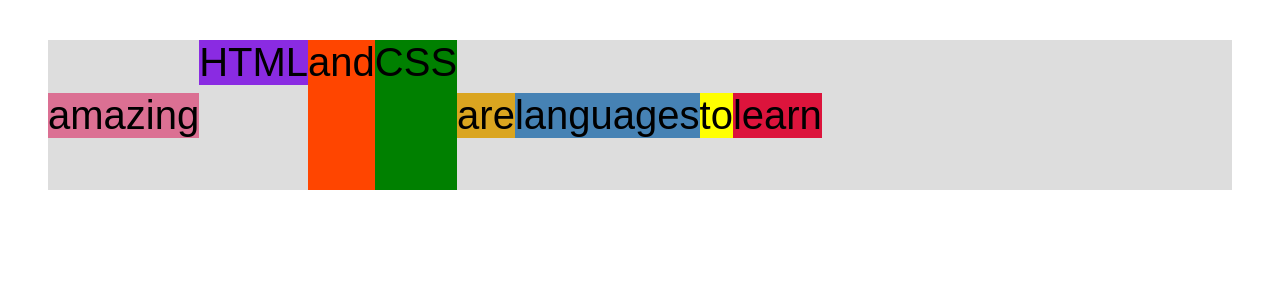
Repository: nghiakma/HTML-CSS-Fundamental
Page: HTML/flexbox.html
The author's editor kept a copy of each file at every save. The page is drawn from the files as they stood at one save, then again after the next save.
The browser window is 1280 px wide. The pictures show the whole page.

Above is the page before, as saved 2023-08-23 12:39:22.

### HTML/flexbox.html
<!DOCTYPE html>
<html lang="en">

<head>
  <meta charset="UTF-8" />
  <meta http-equiv="X-UA-Compatible" content="IE=edge" />
  <meta name="viewport" content="width=device-width, initial-scale=1.0" />
  <title>Flexbox</title>
  <style>
    .el--1 {
      background-color: blueviolet;
      align-self: flex-start;
    }

    .el--2 {
      background-color: orangered;
      align-self: stretch;
    }

    .el--3 {
      background-color: green;
      height: 150px;
    }

    .el--4 {
      background-color: goldenrod;
    }

    .el--5 {
      background-color: palevioletred;
      order: -1;
    }

    .el--6 {
      background-color: steelblue;
    }

    .el--7 {
      background-color: yellow;
    }

    .el--8 {
      background-color: crimson;
    }

    /*Vung chua flex lay chieu cao cua phan tu cao nhat*/
    .container {
      /* STARTER */
      font-family: sans-serif;
      background-color: #ddd;
      font-size: 40px;
      margin: 40px;
      display: flex;
      /* FLEXBOX */
      /*Chieu cao cua cac phan tu tu dong keo dai bang phan tu cao nhat*/
      /* align-items: stretch; */
      align-items: center;
      justify-content: flex-start;
    }
  </style>
</head>

<body>
  <div class="container">
    <div class="el el--1">HTML</div>
    <div class="el el--2">and</div>
    <div class="el el--3">CSS</div>
    <div class="el el--4">are</div>
    <div class="el el--5">amazing</div>
    <div class="el el--6">languages</div>
    <div class="el el--7">to</div>
    <div class="el el--8">learn</div>
  </div>
</body>

</html>

After the next save:
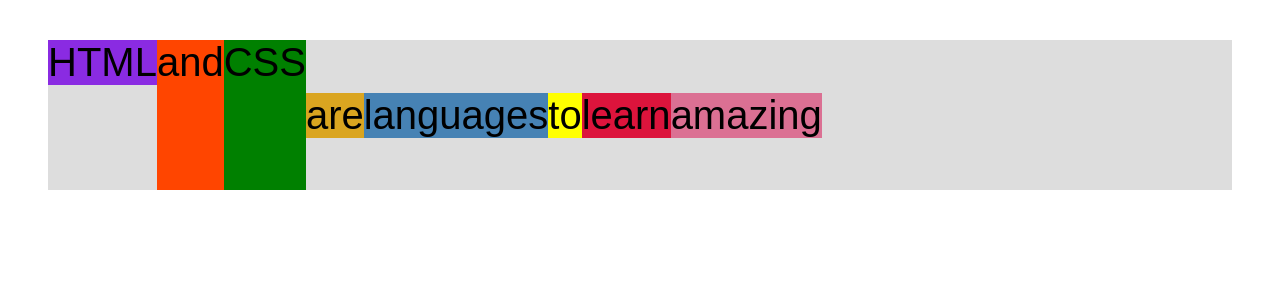
Saved 20 s later.
--- a/HTML/flexbox.html
+++ b/HTML/flexbox.html
@@ -28,7 +28,7 @@
 
     .el--5 {
       background-color: palevioletred;
-      order: -1;
+      order: 1;
     }
 
     .el--6 {
